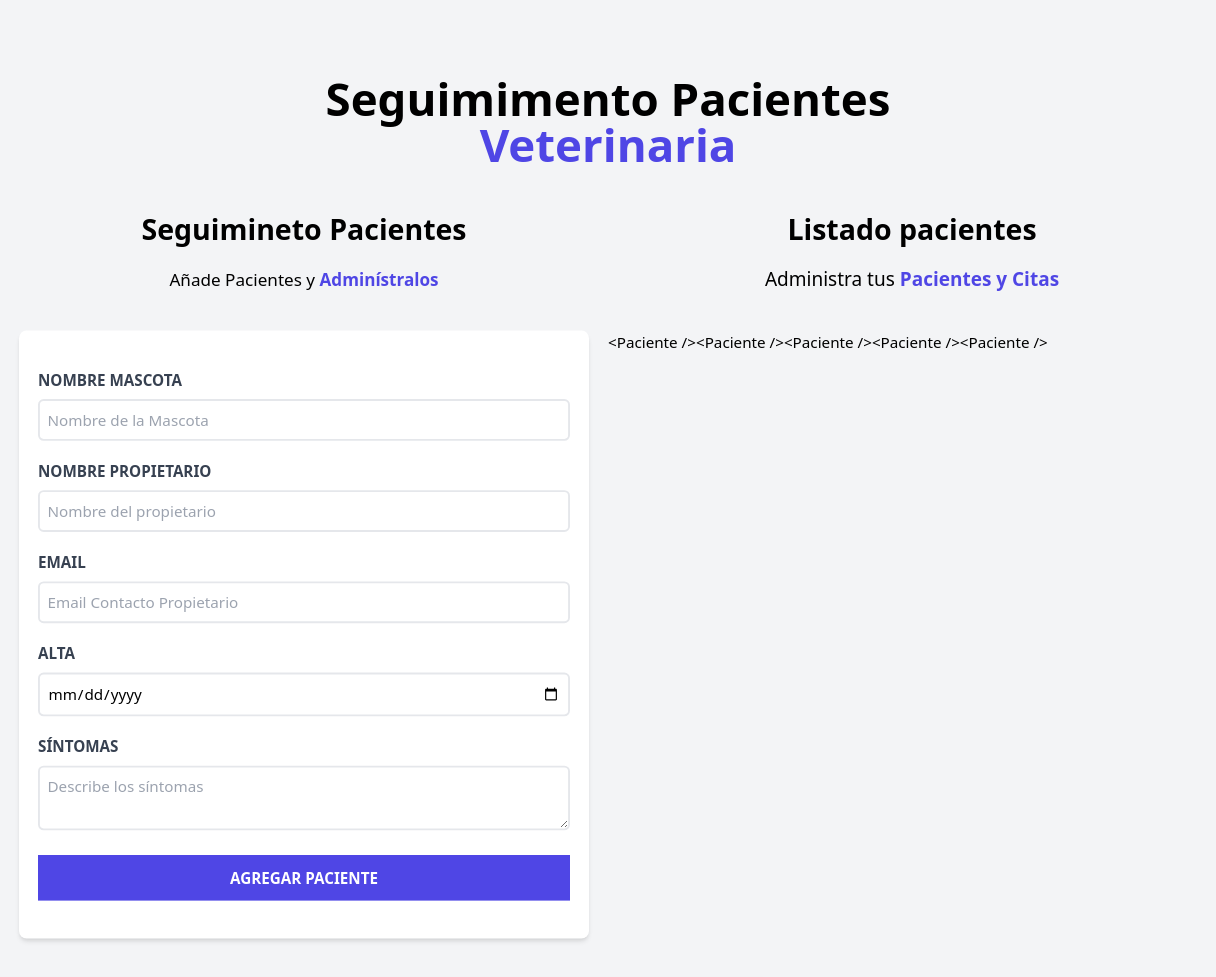
Repository: rlaureano/citas_react
Page: /
An editor plug-in stored every save of this project. The page is shown before and after the next save, followed by the edit.
The browser window is 1280 px wide. The pictures show the whole page, at 95% of full size.
The project was rebuilt for these pictures with package versions that can differ from the ones it lists, and the page was loaded fresh each time. Also part of the build but not shown: vite.config.js, src/components/Paciente.jsx.

Above is the page before, as saved 2022-01-13 22:34:24.

### src/App.jsx
import { useState } from "react"

import Formulario from "./components/Formulario"
import Header from "./components/Header"
import ListadoPacientes from "./components/ListadoPacientes"

function App() {

  const [ pacientes, setPacientes ] = useState(0);

  return (
    <div className="container mx-auto mt-20 max-w-7xl">
      <Header  />
      <div className="mt-12 md:flex">
        <Formulario />
        <ListadoPacientes numero={5}/>
      </div>
    </div>
  )
}

export default App

### src/components/Formulario.jsx
import {useState, useEffect} from 'react'

const Formulario = () => {

  const [ nombre, setNombre ] = useState('');
  const [ propietario, setPietario ] = useState('');
  const [ email, setEmail ] = useState('');
  const [ fecha, setFecha ] = useState('');
  const [ sintomas, setSintomas ] = useState('');

  const [ error, setError ] = useState(false);

  const handleSubmit = e => {
    e.preventDefault();

    //validación del formulario

    if( [ nombre, propietario, email, fecha, sintomas ].includes('') ) return setError(true);

    setError(false);

  }

  return (
    <div className="md:w-1/2 lg:w2/5">

      <h2 className="font-black text-3xl text-center">Seguimineto Pacientes</h2>

      <p className="text-lg mt-5 text-center mb-10">
        Añade Pacientes y {''}
        <span className="text-indigo-600 font-bold text-lg">Adminístralos</span>
      </p>

      <form action="" className="bg-white shadow-md rounded-lg py-10 px-5 mb-10 mx-5" onSubmit={ handleSubmit }>

        { error &&
          <div className="bg-red-800 text-white text-center  py-3 uppercase font-bold mb-3 rounded-md">
            <p>Todos los campos son obligatorios</p>
          </div>
        }

        <div className="mb-5">
          <label htmlFor="mascota" className="block text-gray-700 uppercase font-bold">Nombre Mascota</label>
          <input
            id='mascota'
            type="text"
            placeholder="Nombre de la Mascota"
            className="border-2 w-full p-2 mt-2 placeholder-gray-400 rounded-md"
            value={ nombre }
            onChange={ (e) => setNombre(e.target.value) }
          />
        </div>

        <div className="mb-5">
          <label htmlFor="propietario" className="block text-gray-700 uppercase font-bold">Nombre Propietario</label>
          <input
            id='propietario'
            type="text"
            placeholder="Nombre del propietario"
            className="border-2 w-full p-2 mt-2 placeholder-gray-400 rounded-md"
            value={ propietario }
            onChange={ (e) => setPietario(e.target.value) }
          />
        </div>

        <div className="mb-5">
          <label htmlFor="email" className="block text-gray-700 uppercase font-bold">Email</label>
          <input
            id='email'
            type="email"
            placeholder="Email Contacto Propietario"
            className="border-2 w-full p-2 mt-2 placeholder-gray-400 rounded-md"
            value={ email }
            onChange={ (e) => setEmail(e.target.value) }
          />
        </div>

        <div className="mb-5">
          <label htmlFor="alta" className="block text-gray-700 uppercase font-bold">Alta</label>
          <input
            id='alta'
            type="date"
            className="border-2 w-full p-2 mt-2 placeholder-gray-400 rounded-md"
            value={ fecha }
            onChange={ (e) => setFecha(e.target.value) }
          />
        </div>

        <div className="mb-5">
          <label htmlFor="sintomas" className="block text-gray-700 uppercase font-bold">Síntomas</label>
          <textarea
            id='sintomas'
            placeholder="Describe los síntomas"
            className="border-2 w-full p-2 mt-2 placeholder-gray-400 rounded-md"
            value={ sintomas }
            onChange={ (e) => setSintomas(e.target.value) }
          />
        </div>

        <input
          type="submit"
          className="bg-indigo-600 w-full p-3 text-white uppercase font-bold hover:bg-indigo-700 cursor-pointer transition-all"
          value="Agregar Paciente"
        />
      </form>

    </div>
  )
}

export default Formulario

### src/components/Header.jsx
function Header() {
  return (

      <h1 className="font-black text-5xl text-center md:w-2/3 mx-auto">Seguimimento Pacientes {''}
        <span className="text-indigo-600">Veterinaria</span>
      </h1>

  )
}

export default Header

### src/components/ListadoPacientes.jsx
import React from 'react'
import Paciente from './Paciente'


const ListadoPacientes = (props) => {
  console.log(props.numero);
  const numeroPacientes = () => {

    let paciente = '';

    for( let i = 0 ; i < props.numero; i++ ){
      paciente += "<Paciente />";
    }

    return paciente;

  }

  return (
    <div className="md:w-1/2 ld:w-3/5 md:h-screen overflow-y-scroll">
      <h2 className="font-black text-3xl text-center">Listado pacientes</h2>
      <p className="text-xl mt-5 mb-10 text-center">
        Administra tus {''}
        <span className="text-indigo-600 font-bold">Pacientes y Citas</span>
      </p>
      { numeroPacientes() }
    </div>
  )
}

export default ListadoPacientes

### tailwind.config.js
module.exports = {
  purge: ["./index.html", "./src/**/*.{jsx}"],
  content: [],
  theme: {
    extend: {},
  },
  plugins: [],
}

Loaded but not shown: index.html (common file); src/main.jsx (common file); src/index.css (common file)

After the next save:
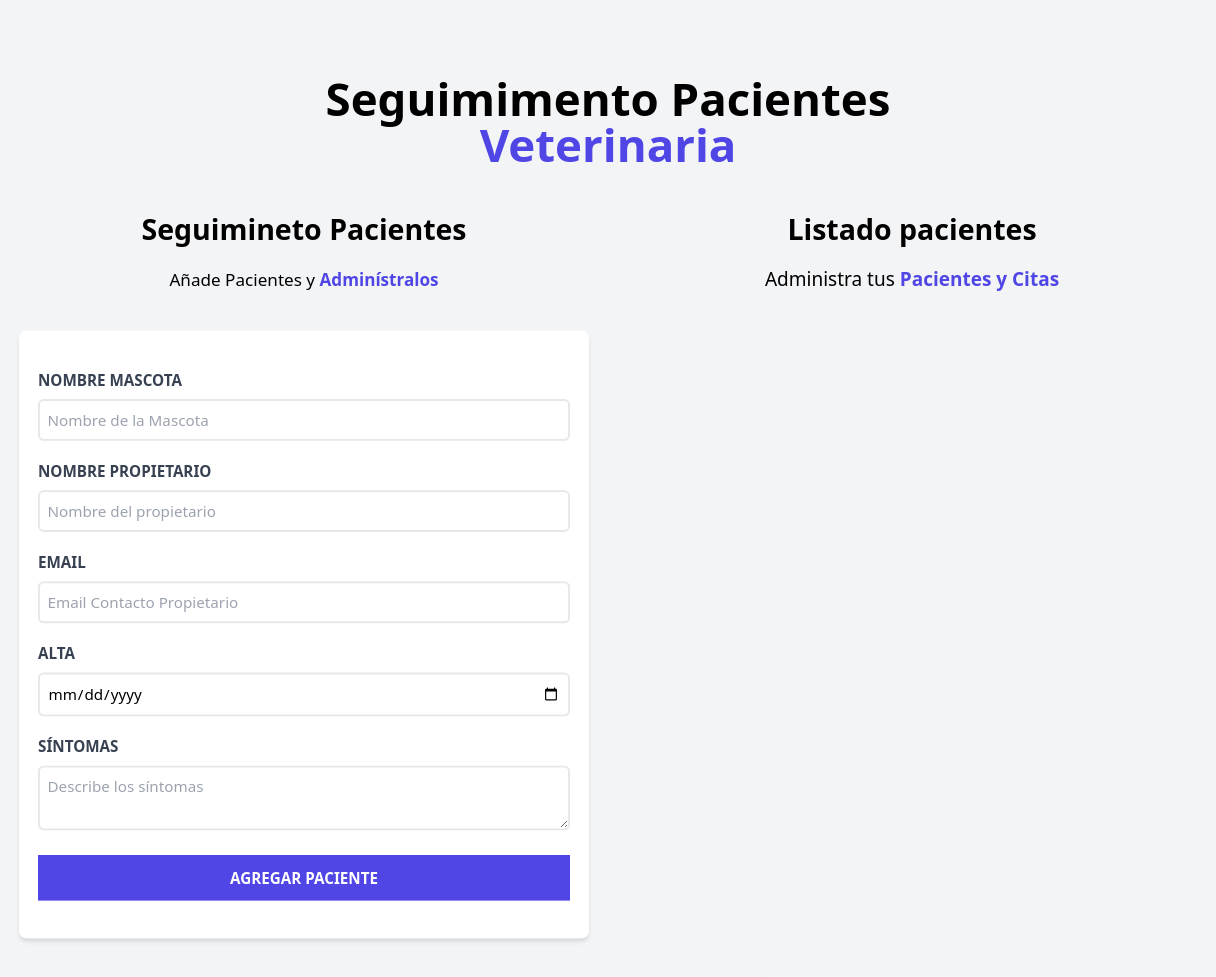
Saved 16 s later.
--- a/src/components/ListadoPacientes.jsx
+++ b/src/components/ListadoPacientes.jsx
@@ -23,7 +23,7 @@ const ListadoPacientes = (props) => {
         Administra tus {''}
         <span className="text-indigo-600 font-bold">Pacientes y Citas</span>
       </p>
-      { numeroPacientes() }
+      { numeroPacientes }
     </div>
   )
 }
